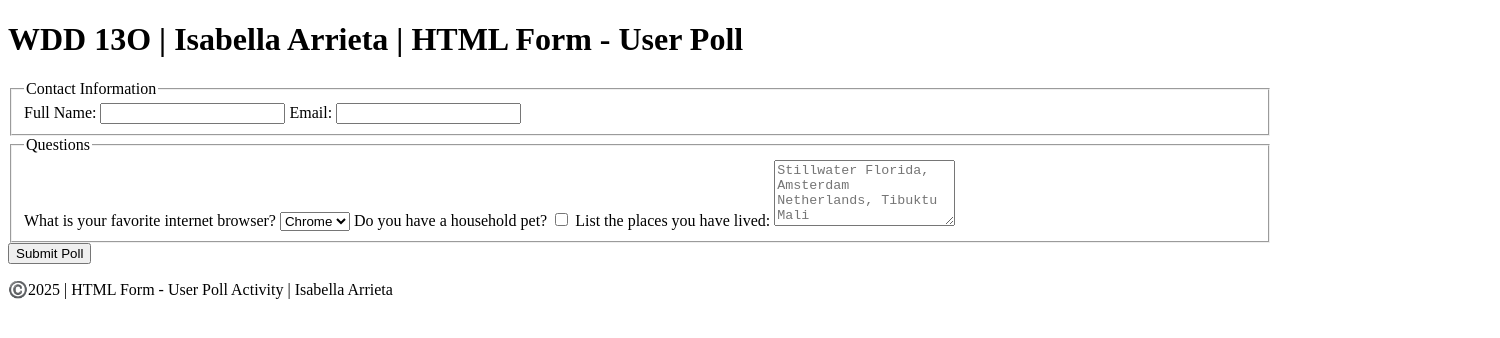
Repository: isaAJ05/wdd130
Page: week05/poll-form.html
These files come from the project's save history. The page is drawn as it stood at one moment and after the next save; the edit follows.
The browser window is 1280 px wide. The page is 1280 px wide, then 1500 px, then 1280 px, so the pictures cover 1500 px, including what lies to the right of the window. The pictures show the whole page.

Above is the page before, as saved 2025-06-14 18:27:30.

After the next save:
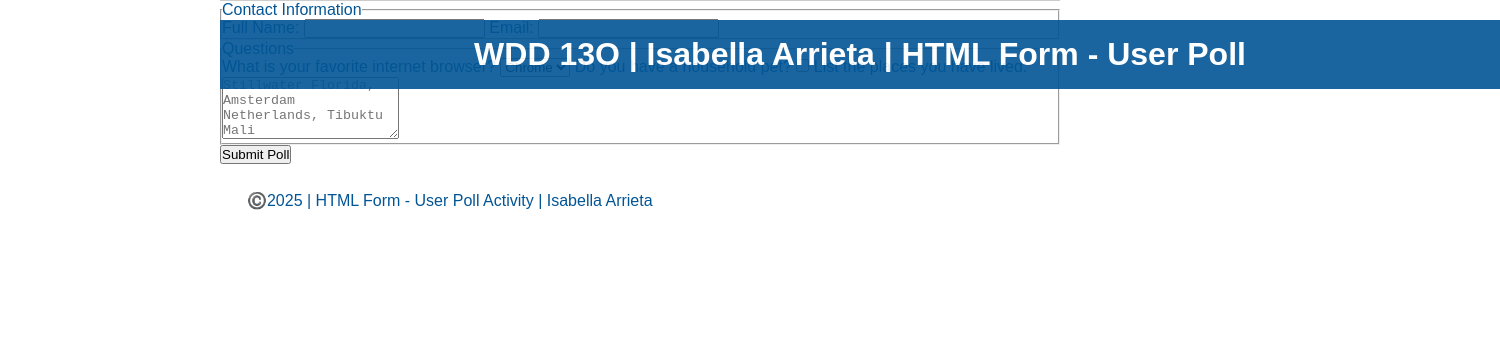
Saved 50 s later.
--- a/week05/poll-form.html
+++ b/week05/poll-form.html
@@ -4,6 +4,7 @@
     <meta charset="UTF-8">
     <meta name="viewport" content="width=device-width, initial-scale=1.0">
     <title>WDD 130 | HTML Form - User Poll</title>
+    <link rel="stylesheet" href="styles/rafting.css">
 </head>
 <body>
     <header>

After the 2 saves that followed:
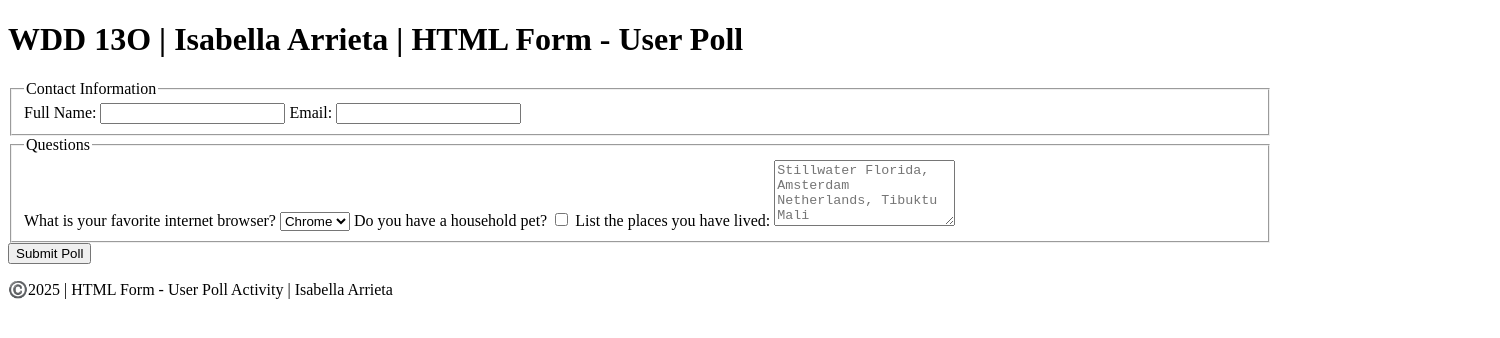
The 2 saves are shown as one change because they came seconds apart.
The last was saved 11 s later.
--- a/week05/poll-form.html
+++ b/week05/poll-form.html
@@ -4,7 +4,7 @@
     <meta charset="UTF-8">
     <meta name="viewport" content="width=device-width, initial-scale=1.0">
     <title>WDD 130 | HTML Form - User Poll</title>
-    <link rel="stylesheet" href="styles/rafting.css">
+    <link rel="stylesheet" href="styles/poll-form.css">
 </head>
 <body>
     <header>
